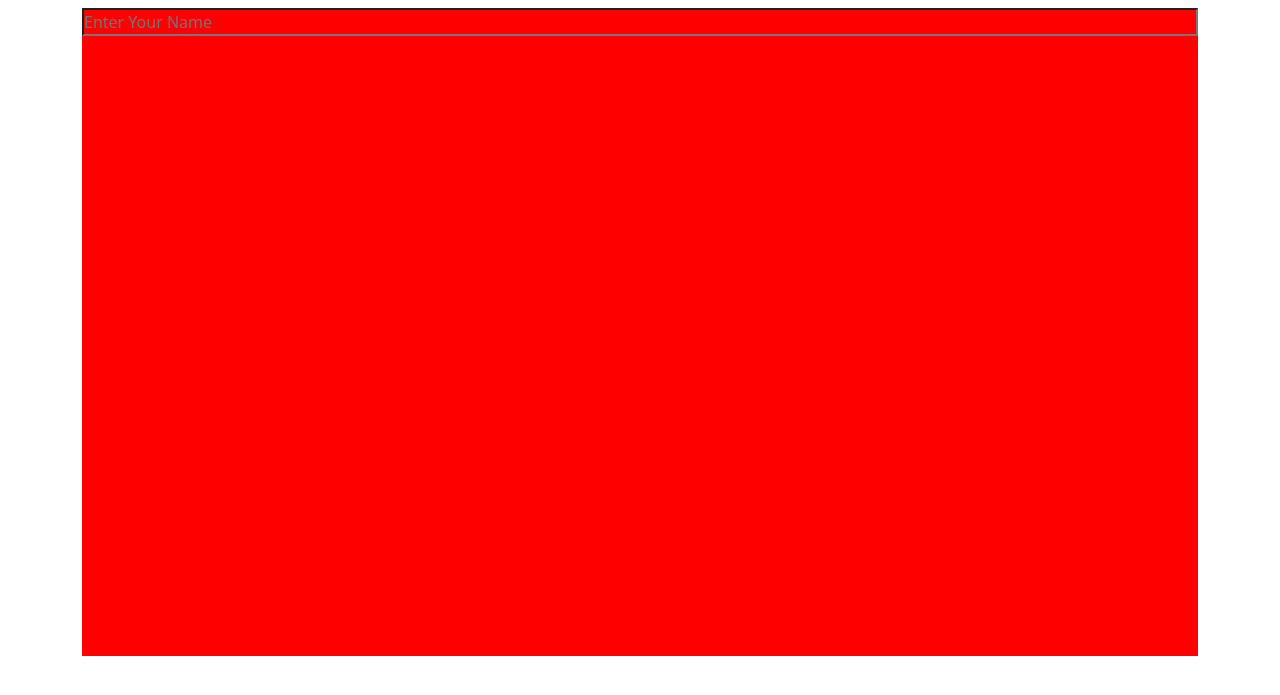
Repository: Haneef-Shaik/Greetings
Page: /
These files come from the project's save history. The page is drawn as it stood at one moment and after a run of saves; the edit follows.
The browser window is 1280 px wide. The pictures show the whole page.
The project was rebuilt for these pictures with package versions that can differ from the ones it lists, and the page was loaded fresh each time. The framework's server and built-in components were replaced by stand-ins that run in the browser. Also part of the build but not shown: next.config.js, styles/card.module.scss, components/card.js, styles/socialShare.module.scss, components/socialShare.js.

Above is the page before, as saved 2021-12-01 19:44:23.

After the next 2 saves:
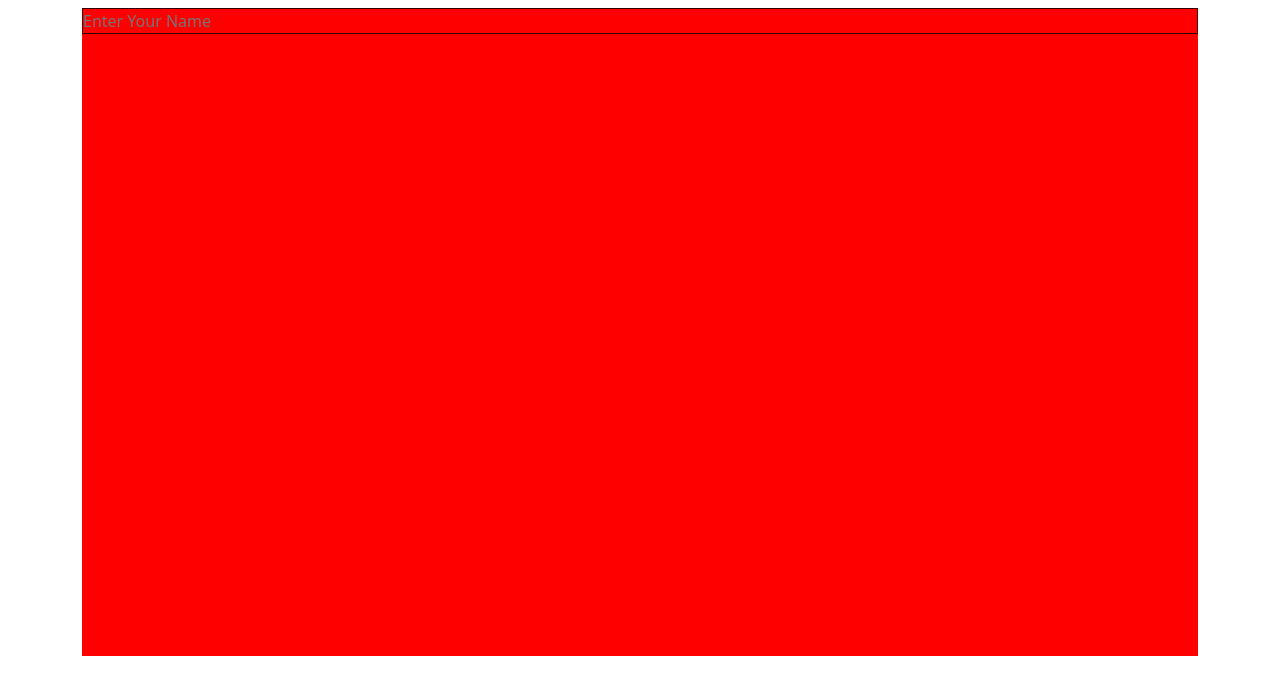
The 2 saves are shown as one change because 1 did not build or start.
The last was saved 22 s later.
--- a/styles/form.module.scss
+++ b/styles/form.module.scss
@@ -2,6 +2,7 @@
     height:90vh;
     background-color:#FF0000;
     input{
+        border:1px solid #370000;
         background-color:red;
     }
 }
